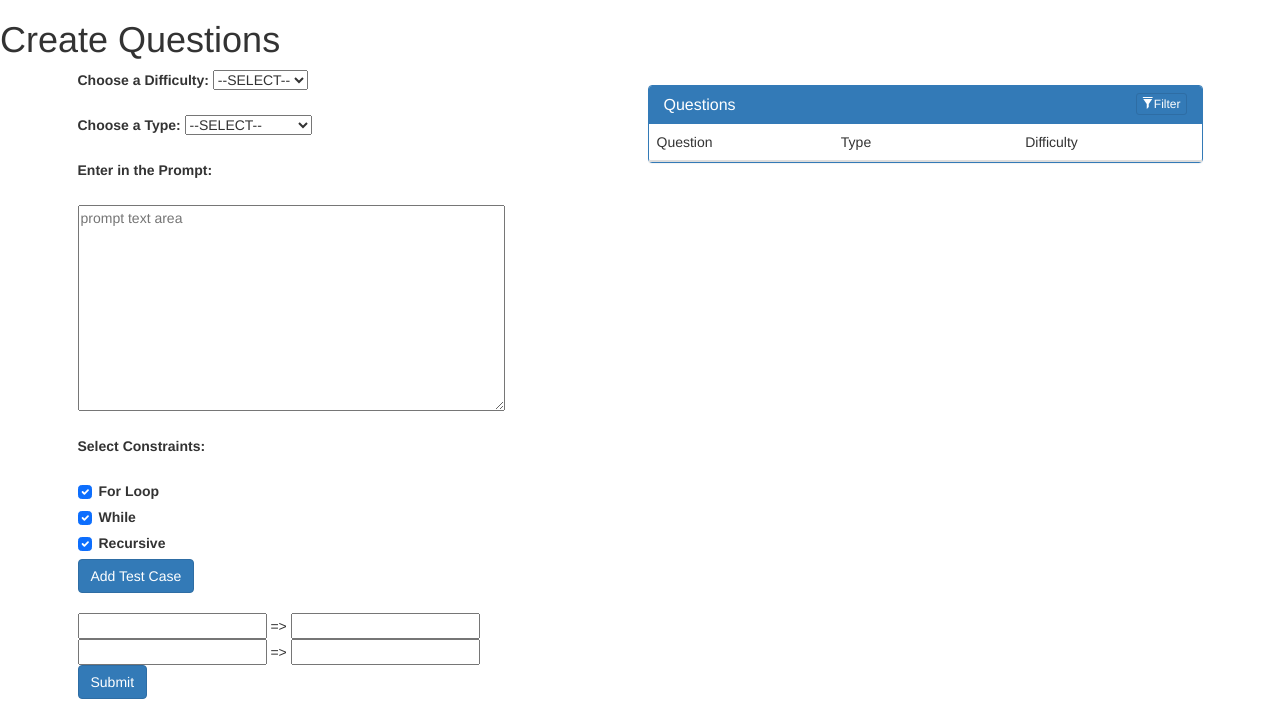
Repository: kavine24/CS490-Python-LMS
Page: html/portal/t/CreateQuestion.html
The author's editor kept a copy of each file at every save. The page is drawn from the files as they stood at one save, then again after the next save.
The browser window is 1280 px wide. The pictures show the whole page.
The page's requests for data from a server got no answer. Some web libraries are served in a nearby version.

Above is the page before, as saved 2022-04-04 18:20:38.

### html/portal/t/CreateQuestion.html
<!DOCTYPE html>
<html>
  <head>
    <title>Create Questions</title>
    <!--<link rel="stylesheet" href="style.css">-->

    <link href="https://cdn.jsdelivr.net/npm/bootstrap@5.1.3/dist/css/bootstrap.min.css" rel="stylesheet" integrity="sha384-1BmE4kWBq78iYhFldvKuhfTAU6auU8tT94WrHftjDbrCEXSU1oBoqyl2QvZ6jIW3" crossorigin="anonymous">
    <link href="//netdna.bootstrapcdn.com/bootstrap/3.1.0/css/bootstrap.min.css" rel="stylesheet" id="bootstrap-css">
    <script src="//code.jquery.com/jquery-1.11.1.min.js"></script>
    <script src="//netdna.bootstrapcdn.com/bootstrap/3.1.0/js/bootstrap.min.js"></script>
  </head>

  <style>
    .filterable {
    margin-top: 15px;
    }
    .filterable .panel-heading .pull-right {
        margin-top: -20px;
    }
    .filterable .filters input[disabled] {
        background-color: transparent;
        border: none;
        cursor: auto;
        box-shadow: none;
        padding: 0;
        height: auto;
    }
    .filterable .filters input[disabled]::-webkit-input-placeholder {
        color: #333;
    }
    .filterable .filters input[disabled]::-moz-placeholder {
        color: #333;
    }
    .filterable .filters input[disabled]:-ms-input-placeholder {
        color: #333;
    }
  </style>

  <body>
    <h1>Create Questions</h1>
    <div class="container">
      <div class="row justify-content-around">
        <div class="col-6">
          <form id="createQuestionForm" onsubmit="submitQuestion()">
            <label for="questionDifficulty">Choose a Difficulty:</label>
            <select name="questionDifficulty" id="questionDifficulty">
              <option disabled selected value>--SELECT--</option>
              <option value="easy">Easy</option>
              <option value="medium">Medium</option>
              <option value="hard">Hard</option>
            </select>

            <br><br>

            <label for="questionType">Choose a Type:</label>
            <select name="questionType" id="questionType">
              <option disabled selected value>--SELECT--</option>
              <option value="forLoop">For Loop</option>
              <option value="whileLoop">While Loop</option>
              <option value="nestedForLoop">Nested For Loop</option>
            </select>

            <br><br>

            <label for="prompt">Enter in the Prompt:</label>
            <br><br>
            <textarea id="prompt" name="prompt" rows="10" cols="50" placeholder="prompt text area"></textarea>
            <br><br>

            <label for="constraints">Select Constraints:</label>
            <br><br>

            <!-- <label for="prompt">Enter in the Answer:</label>
            <br><br>
            <textarea id="answer" name="answer" rows="10" cols="50" placeholder="answer text area"></textarea>
            <br><br> -->

            <div class="form-check">
              <input class="form-check-input" type="checkbox" id="check1" name="option1" value="something" checked>
              <label class="form-check-label">For Loop</label>
            </div>

            <div class="form-check">
              <input class="form-check-input" type="checkbox" id="check2" name="option1" value="something" checked>
              <label class="form-check-label">While</label>
            </div>

            <div class="form-check">
              <input class="form-check-input" type="checkbox" id="check3" name="option1" value="something" checked>
              <label class="form-check-label">Recursive</label>
            </div>

            <button class="btn btn-primary" type="button" onclick="addTestCase()">Add Test Case</button>
            <br><br>

            <input class="btn btn-primary" id="submit" type="submit" placeholder="Submit" class="submit"></input>
          </form>
        </div>

        <div class="col-6">
          <div class="panel panel-primary filterable">
            <div class="panel-heading">
              <h3 class="panel-title">Questions</h3>
                <div class="pull-right">
                  <button class="btn btn-primary btn-xs btn-filter"><span class="glyphicon glyphicon-filter"></span>Filter</button>
                </div>
            </div>

            <table class="table">
              <thead>
                <tr class="filters">
                  <th><input type="text" class="form-control" placeholder="Question" disabled></th>
                  <th><input type="text" class="form-control" placeholder="Type" disabled></th>
                  <th><input type="text" class="form-control" placeholder="Difficulty" disabled></th>
                </tr>
              </thead>

              <tbody id="tableBody">
              </tbody>
            </table>
          </div>
        </div>
      </div>
    </div>

    <script>
      $(document).ready(function(){
        $('.filterable .btn-filter').click(function(){
          var $panel = $(this).parents('.filterable'),
          $filters = $panel.find('.filters input'),
          $tbody = $panel.find('.table tbody');
          if ($filters.prop('disabled') == true) {
            $filters.prop('disabled', false);
            $filters.first().focus();
          } else {
            $filters.val('').prop('disabled', true);
            $tbody.find('.no-result').remove();
            $tbody.find('tr').show();
          }
        });

        $('.filterable .filters input').keyup(function(e){
          /* Ignore tab key */
          var code = e.keyCode || e.which;
          if (code == '9') return;
          /* Useful DOM data and selectors */
          var $input = $(this),
          inputContent = $input.val().toLowerCase(),
          $panel = $input.parents('.filterable'),
          column = $panel.find('.filters th').index($input.parents('th')),
          $table = $panel.find('.table'),
          $rows = $table.find('tbody tr');
          /* Dirtiest filter function ever ;) */
          var $filteredRows = $rows.filter(function(){
            var value = $(this).find('td').eq(column).text().toLowerCase();
            return value.indexOf(inputContent) === -1;
          });
          /* Clean previous no-result if exist */
          $table.find('tbody .no-result').remove();
          /* Show all rows, hide filtered ones (never do that outside of a demo ! xD) */
          $rows.show();
          $filteredRows.hide();
          /* Prepend no-result row if all rows are filtered */
          if ($filteredRows.length === $rows.length) {
            $table.find('tbody').prepend($('<tr class="no-result text-center"><td colspan="'+ $table.find('.filters th').length +'">No result found</td></tr>'));
          }
        });
      });

      // add all necacarry event listeners
      //submit listener
      const form = document.getElementById("createQuestionForm");
      function handleForm(event) { event.preventDefault(); }
      form.addEventListener('submit', handleForm);

      let attemptMade = false;

      const inputs = [];
      const questions = [];

      addTestCase();
      addTestCase();
      updateQuestionTable();

      function addTestCase(){
        const testCase = document.createElement("input");
        const result = document.createElement("input");

        inputs.push({testCase,result});

        document.getElementById("createQuestionForm").insertBefore(testCase, document.getElementById("submit"));
        document.getElementById("createQuestionForm").insertBefore(document.createTextNode(" => "), document.getElementById("submit"));
        document.getElementById("createQuestionForm").insertBefore(result, document.getElementById("submit"));
        document.getElementById("createQuestionForm").insertBefore(document.createElement("br"), document.getElementById("submit"));
      }

      function submitQuestion(){
        var difficulty = document.getElementById('questionDifficulty').value;
        var questionType = document.getElementById('questionType').value;
        var prompt = document.getElementById('prompt').value;

        // var answer = document.getElementById('answer').value;

        var inputvals = [];
        var outputvals = [];
        for(let i = 0; i < inputs.length; i++){
          inputvals.push(inputs[i].testCase.value);
          outputvals.push(inputs[i].result.value);
        }

        var anyinputempty = false;

        for(let i = 0; i < inputs.length; i++){
          anyinputempty = inputs[i].testCase.value == "" || inputs[i].result.value == ""? true : anyinputempty
        }

        var requestType = 'CreateQuestionFTM';

        if(difficulty == "" || questionType == "" || prompt == "" || anyinputempty){
          if (!attemptMade) {
            const newDiv = document.createElement("div");
            const newContent = document.createTextNode("Cannot Submit: 1 or more fields invalid");
            newDiv.appendChild(newContent);

            document.getElementById("createQuestionForm").appendChild(document.createElement("br"));
            document.getElementById("createQuestionForm").appendChild(newDiv);
            attemptMade = true;
          }
          else{
              document.getElementById("createQuestionForm").lastChild.innerHTML = "Cannot Submit: 1 or more fields invalid";
          }
        }else{

          const data = {difficulty, questionType, prompt, inputvals, outputvals, requestType};

          const options = {
            method:'POST',
            headers: {
                "Content-type": "application/json; charset=UTF-8"
            },
            body: JSON.stringify(data)
          };
          fetch('http://cs490testcenter.ddns.net:50000/portal/frontBrowser.php', options)
          .then(response => response.json())
          .then(data => {
            if(data.didWork == 1){
              location.assign('http://cs490testcenter.ddns.net:50000/portal/t/CreateQuestion.html');
            }else{
              if (!attemptMade) {
              const newDiv = document.createElement("div");
              const newContent = document.createTextNode("Question already exists");
              newDiv.appendChild(newContent);

              document.getElementById("createQuestionForm").appendChild(document.createElement("br"));
              document.getElementById("createQuestionForm").appendChild(newDiv);
              attemptMade = true;
              }
              else{
                document.getElementById("createQuestionForm").lastChild.innerHTML = "Question already exists";
              }
            }
          })
          .catch((error) => {
            console.error('Error:', error);
          });
        }
      }
      function updateQuestionTable(){
        let requestType = "DisplayQuestionsFTM"
        const data = {requestType};

        const options = {
          method:'POST',
          headers: {
              "Content-type": "application/json; charset=UTF-8"
          },
          body: JSON.stringify(data)
        };
        fetch('http://cs490testcenter.ddns.net:50000/portal/frontBrowser.php', options)
        .then(response => response.json())
        .then(data => {
          console.log(data);
          for(let i = 0; i < data.length; i++){
            const tr = document.createElement("tr");

            const questionText = document.createElement("td")
            const typeText = document.createElement("td")
            const difficultyText = document.createElement("td")

            questionText.innerHTML = data[i].question;
            typeText.innerHTML = (data[i].type == 1 ? "For Loop, " : (data[i].type == 2 ? "While Loop, " :"Nested For Loop, "));
            difficultyText.innerHTML = (data[i].difficulty == 1? "Easy<br>" : (data[i].difficulty == 2? "Medium<br>" :"Hard<br>"))

            tr.appendChild(questionText);
            tr.appendChild(typeText);
            tr.appendChild(difficultyText);

            questions.push(tr);

            document.getElementById("tableBody").appendChild(tr);
          }
        })
        .catch((error) => {
          console.error('Error:', error);
        });
      }
    </script>
  </body>
</html>

After the next save:
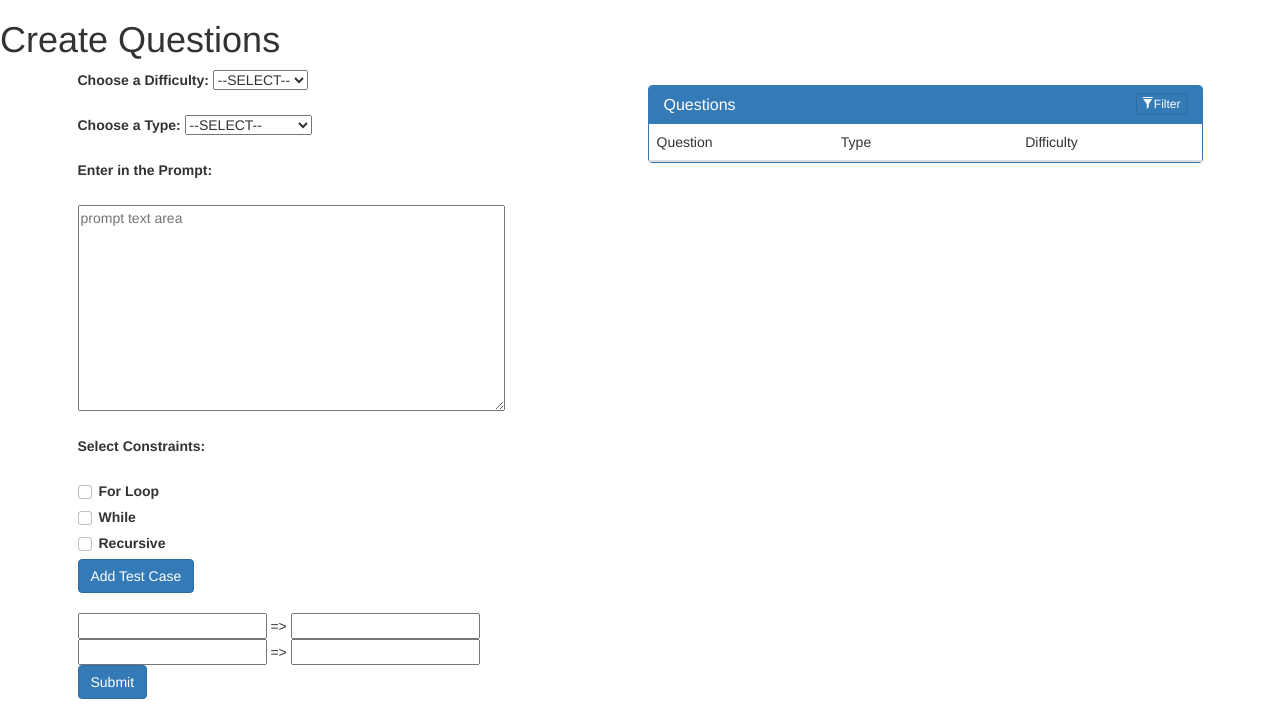
Saved 23 s later.
--- a/html/portal/t/CreateQuestion.html
+++ b/html/portal/t/CreateQuestion.html
@@ -76,17 +76,17 @@
             <br><br> -->
 
             <div class="form-check">
-              <input class="form-check-input" type="checkbox" id="check1" name="option1" value="something" checked>
+              <input class="form-check-input" type="checkbox" id="check1" name="option1" value="something">
               <label class="form-check-label">For Loop</label>
             </div>
 
             <div class="form-check">
-              <input class="form-check-input" type="checkbox" id="check2" name="option1" value="something" checked>
+              <input class="form-check-input" type="checkbox" id="check2" name="option1" value="something">
               <label class="form-check-label">While</label>
             </div>
 
             <div class="form-check">
-              <input class="form-check-input" type="checkbox" id="check3" name="option1" value="something" checked>
+              <input class="form-check-input" type="checkbox" id="check3" name="option1" value="something">
               <label class="form-check-label">Recursive</label>
             </div>
 
